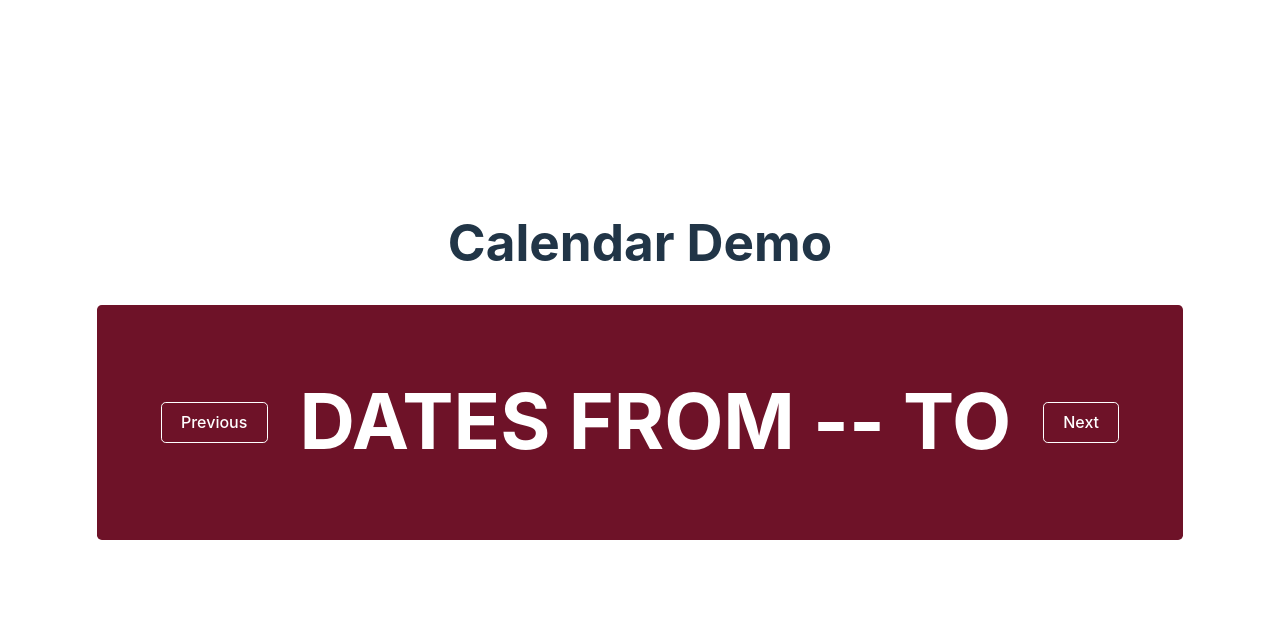
Repository: Maryie-B/weekly-calendar-scheduler
Page: /
The author's editor kept a copy of each file at every save. The page is drawn from the files as they stood at one save, then again after the next save.
The browser window is 1280 px wide. The pictures show the whole page.
The project was rebuilt for these pictures with package versions that can differ from the ones it lists, and the page was loaded fresh each time. Also part of the build but not shown: vite.config.js.

Above is the page before, as saved 2024-03-26 12:05:43.

After the next save:
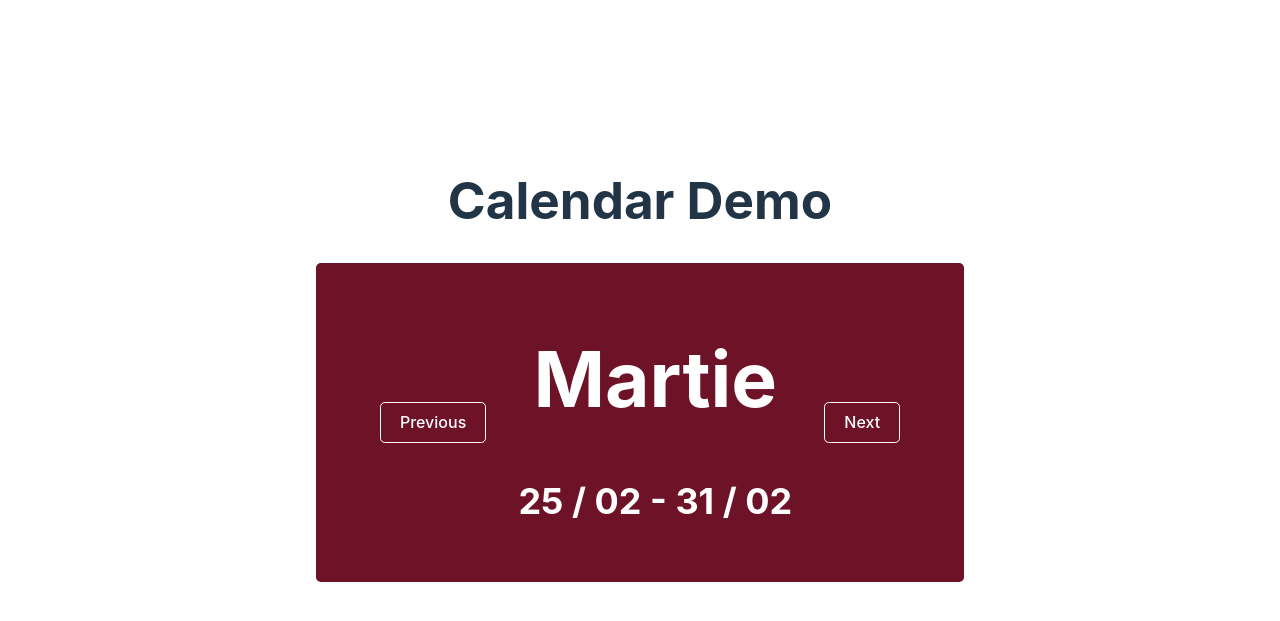
Saved 70 s later.
--- a/src/Calendar.jsx
+++ b/src/Calendar.jsx
@@ -28,13 +28,13 @@ const Calendar = () => {
 
   const datesRange = `${weekStart.getDate()} / ${weekStartMonthNumber} - ${weekEnd.getDate()} / ${weekEndMonthNumber}`;
 
-
   const year = weekStart.getFullYear();
   console.log(year);
 
   return (
     <div className="calendar-text">
-      <h1>DATES FROM -- TO</h1>
+      <h1>{monthName}</h1>
+      <h2>{datesRange}</h2>
     </div>
   )
 }
